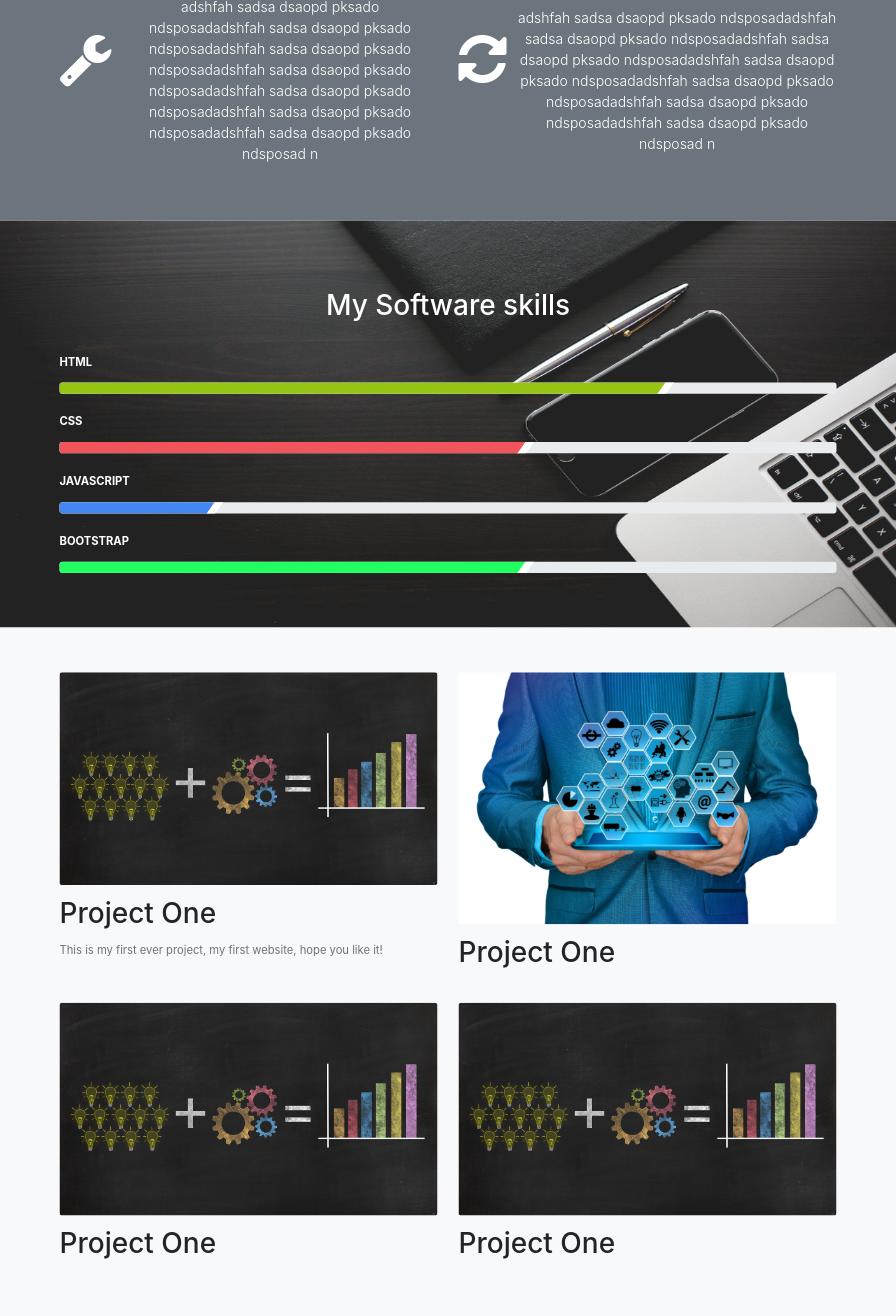
Repository: Kraljiccar/User-Centric-Frontend-Development-Milestone-Project
Page: index.html
The author's editor kept a record of every edit. The page is drawn from the files as they stood at one moment, then again after the next edit.
The browser window is 1280 px wide. The pictures show the part of the page from y = 869 to 2789 px (the page is 2749 px tall before and 2789 px after), at 70% of full size.
Backgrounds fixed to the window are drawn as part of the page.

Above is the page before.

### index.html
<!DOCTYPE html>
<html lang="en-US">

<head>
    <meta charset="UTF-8">
    <meta name="viewport" content="width=device-width, initial-scale=1.0">
    <meta http-equiv="X-UA-Compatible" content="ie=edge">
    <link rel="stylesheet" href="./assets/css/style.css" type="text/css" />
    <link rel="stylesheet" href="https://stackpath.bootstrapcdn.com/bootstrap/4.3.1/css/bootstrap.min.css" integrity="sha384-ggOyR0iXCbMQv3Xipma34MD+dH/1fQ784/j6cY/iJTQUOhcWr7x9JvoRxT2MZw1T" crossorigin="anonymous">
    <link rel="stylesheet" href="https://stackpath.bootstrapcdn.com/font-awesome/4.7.0/css/font-awesome.min.css" type="text/css" />

    <title>Nemanja Kraljic</title>
</head>

<body data-spy="scroll" data-target="#navbarResponsive">
    <section id="banner">
        <div class="container">
            <div class="row max-viewport align-items-center text-center">
                <div class="col-md-6 ">
                    <h1 class="text-white text-uppercase">Nemanja Kraljic</h1>
                    <h3 class="text-white">-Software developer-</h2>
                </div>
            </div>
        </div>
    </section>
    <!-----about me----->
    <section id="about-me" class="py-5 bg-secondary">
        <div class="container">
            <div class="row align-items-center text-center text-white">
                <div class="col-sm-12 col-md-6 col-lg-4text-white my-3 d-flex">
                    <i class="fa fa-wrench fa-5x mr-3 align-self-center"></i>
                    <div class="inner-text">
                        <h1 class="my-3">Who am I?</h1>
                        <p class="lead">adshfah sadsa dsaopd pksado ndsposadadshfah sadsa dsaopd pksado ndsposadadshfah sadsa dsaopd pksado ndsposadadshfah sadsa dsaopd pksado ndsposadadshfah sadsa dsaopd pksado ndsposadadshfah sadsa dsaopd pksado ndsposadadshfah sadsa
                            dsaopd pksado ndsposad n</p>

                    </div>
                </div>
                <div class="col-sm-12 col-md-6 col-lg-4text-white my-3 d-flex">
                    <i class="fa fa-refresh fa-5x mr-3 align-self-center"></i>
                    <div class="inner-text">
                        <h1 class="my-3">Who am I?</h1>
                        <p class="lead">adshfah sadsa dsaopd pksado ndsposadadshfah sadsa dsaopd pksado ndsposadadshfah sadsa dsaopd pksado ndsposadadshfah sadsa dsaopd pksado ndsposadadshfah sadsa dsaopd pksado ndsposadadshfah sadsa dsaopd pksado ndsposadadshfah sadsa
                            dsaopd pksado ndsposad n</p>

                    </div>
                </div>

            </div>
        </div>

    </section>
    <!-----skills---->
    <section id="skills" class="p-5">
       <div class="naslov">
    <h1 class="mb-5 mt-5"> My Software skills</h1>
</div>
<div class="container">
    <div class="row">
        <div class="col-md-12">
            <h3 class="progress-title">HTML</h3>
            <div class="progress">
                <div class="progress-bar" style="width:78%; background:#97c513;">
                    <div class="progress-value">65%</div>
                </div>
            </div>
            <h3 class="progress-title">CSS</h3>
            <div class="progress">
                <div class="progress-bar" style="width:60%; background:#f2545b;">
                    <div class="progress-value">100%</div>
                </div>
            </div>
            <h3 class="progress-title">JAVASCRIPT</h3>
            <div class="progress">
                <div class="progress-bar" style="width:20%; background:#4286f4;">
                    <div class="progress-value">75%</div>
                </div>
            </div>
            <h3 class="progress-title">BOOTSTRAP</h3>
            <div class="progress">
                <div class="progress-bar" style="width:60%; background:#21ff63;">
                    <div class="progress-value">30%</div>
                </div>
            </div>
        </div>
    </div>
</div>
    </section>

    <section id="projects" class="p-5 bg-light" >
      <div class="container">
        <div class="row">
          <div class="col-sm-6 my-3">
              <img src="assets/images/success.jpg" alt="#" class="img-fluid rounded" alt="picture">
            <h1 class="my-3">Project One</h1>
            <p class="text-muted">This is my first ever project, my first website, hope you like it!</p>
          </div>
          <div class="col-sm-6 my-3">
              <img src="assets/images/industry.jpg" alt="#" class="img-fluid rounded" alt="picture">
            <h1 class="my-3">Project One</h1>
          </div>
          <div class="col-sm-6 my-3">
              <img src="assets/images/success.jpg" alt="#" class="img-fluid rounded" alt="picture">
            <h1 class="my-3">Project One</h1>
          </div>
          <div class="col-sm-6 my-3">
              <img src="assets/images/success.jpg" alt="#" class="img-fluid rounded" alt="picture">
            <h1 class="my-3">Project One</h1>
          </div>


        </div>
      </div>
    </section>
    <!-----Script---->
    <script src="https://code.jquery.com/jquery-3.3.1.slim.min.js" integrity="sha384-q8i/X+965DzO0rT7abK41JStQIAqVgRVzpbzo5smXKp4YfRvH+8abtTE1Pi6jizo" crossorigin="anonymous"></script>
    <script src="https://cdnjs.cloudflare.com/ajax/libs/popper.js/1.14.7/umd/popper.min.js" integrity="sha384-UO2eT0CpHqdSJQ6hJty5KVphtPhzWj9WO1clHTMGa3JDZwrnQq4sF86dIHNDz0W1" crossorigin="anonymous"></script>
    <script src="https://stackpath.bootstrapcdn.com/bootstrap/4.3.1/js/bootstrap.min.js" integrity="sha384-JjSmVgyd0p3pXB1rRibZUAYoIIy6OrQ6VrjIEaFf/nJGzIxFDsf4x0xIM+B07jRM" crossorigin="anonymous"></script>
</body>

</html>

### assets/css/style.css
@import url('https://fonts.googleapis.com/css?family=Roboto:400,700&display=swap');

body {
  font-family: 'Roboto', sans-serif;
}

.max-viewport {
  min-height: 100vh;
}

#banner,
#skills {
  background: url("../images/office.jpg"), linear-gradient(rgba(179, 179, 179, 1), rgba(247, 247, 247, 1));
  background-attachment: fixed;
  background-position: center center;
  background-repeat: no-repeat;
  background-size: cover;
}

.naslov {
  color: #fff;
}

.naslov h1 {
  text-align: center
}

.progress-title {
  font-size: 16px;
  font-weight: 700;
  color: #fff;
  margin: 0 0 20px;
}

.progress {
  height: 20px;
  background: #333;
  border-radius: 0;
  box-shadow: none;
  margin-bottom: 30px;
  overflow: visible
}

.progress-value {
  font-size: 20px;
  color: #fff;
}

.progress .progress-bar {
  position: relative;
  -webkit-animation: animate-positive 2s;
  animation: animate-positive 2s
}

.progress .progress-value {
  display: block;
  font-size: 18px;
  font-weight: 500;
  color: black;
  position: absolute;
  top: -30px;
  right: -25px
}

.progress .progress-bar:after {
  content: "";
  display: inline-block;
  width: 10px;
  background: #fff;
  position: absolute;
  top: -10px;
  bottom: -10px;
  right: -5px;
  z-index: 1;
  transform: rotate(35deg)
}

.p1img {
  width: 150px;
  height: 150px;
  background-image: url("../images/succes.jpg");
  background-size: cover;
}

After the next edit:
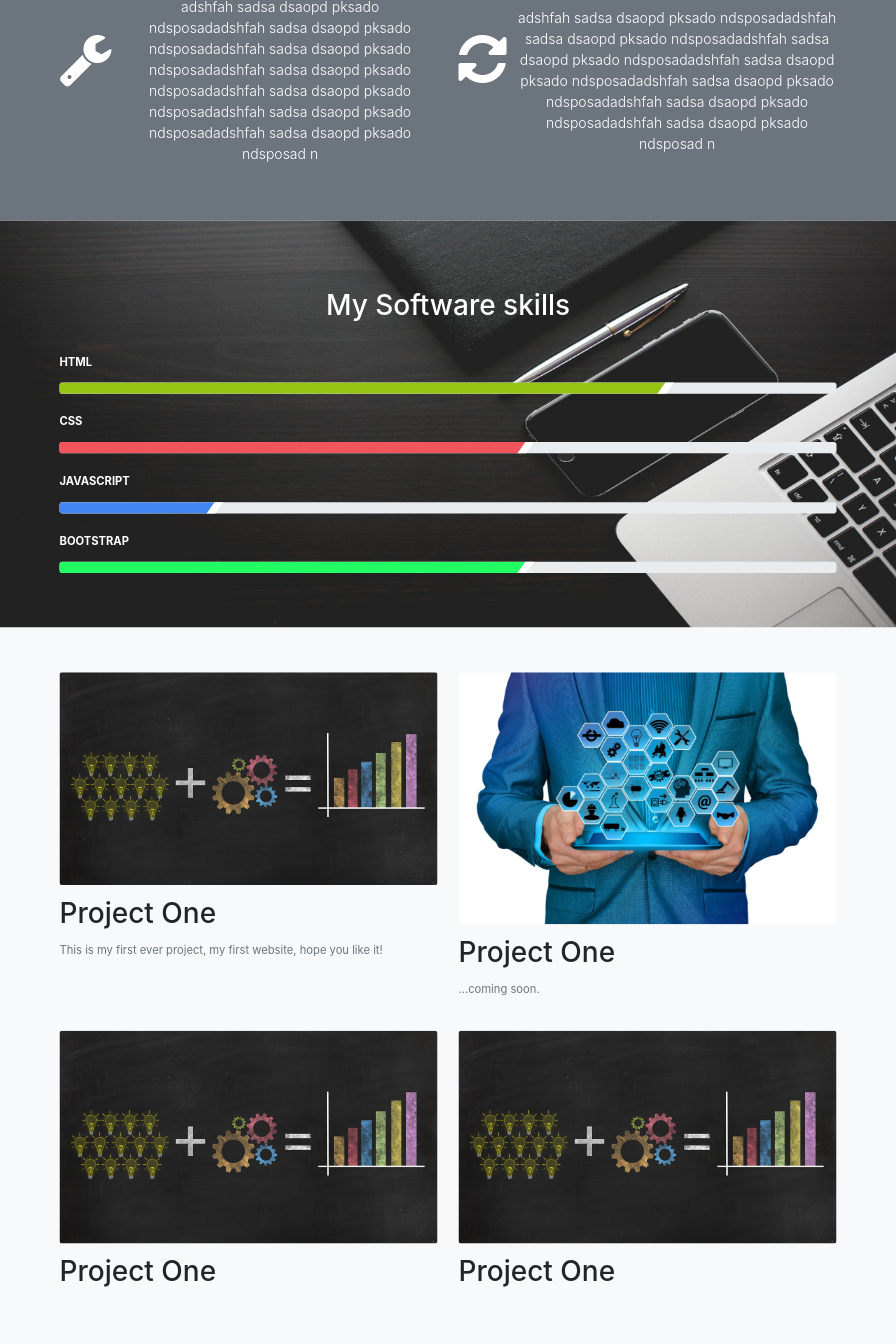
The edit:
--- a/index.html
+++ b/index.html
@@ -98,6 +98,7 @@
           <div class="col-sm-6 my-3">
               <img src="assets/images/industry.jpg" alt="#" class="img-fluid rounded" alt="picture">
             <h1 class="my-3">Project One</h1>
+            <p class="text-muted">...coming soon.</p>
           </div>
           <div class="col-sm-6 my-3">
               <img src="assets/images/success.jpg" alt="#" class="img-fluid rounded" alt="picture">
